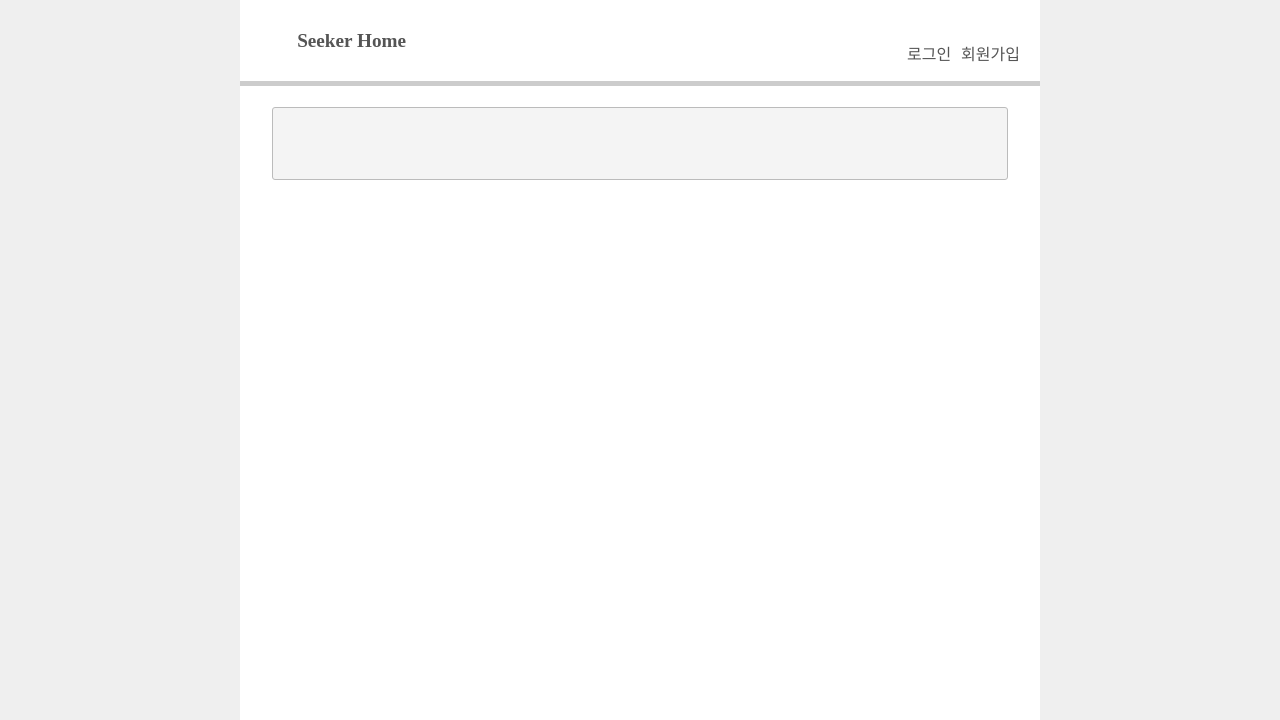
Repository: Seeker2250/JspTest
Page: http://localhost/jspPro/days01/ex03.jsp
An editor plug-in stored every save of this project. The page is shown before and after the next save, followed by the edit.
The browser window is 1280 px wide. The pictures show the whole page.
Some web fonts or font styles are not loaded; a fallback is used. The page is served by Tomcat 9. Other server files are loaded and not shown.

Above is the page before, as saved 2024-10-15 05:36:36.

### jspPro/src/main/webapp/days01/ex03.jsp
<%@ page language="java" contentType="text/html; charset=UTF-8"
    pageEncoding="UTF-8"%>
<!DOCTYPE html>
<html>
<head>
<meta charset="UTF-8">
<title>Insert title here</title>
<link rel="shortcut icon" type="image/x-icon" href="http://localhost/jspPro/images/SiSt.ico">
<script src="https://ajax.googleapis.com/ajax/libs/jquery/3.7.1/jquery.min.js"></script>
<meta name="viewport" content="width=device-width, initial-scale=1.0">
<link rel="stylesheet" href="http://localhost/jspPro/resources/cdn-main/example.css">
<script src="http://localhost/jspPro/resources/cdn-main/example.js"></script>
<style>
 span.material-symbols-outlined{
    vertical-align: text-bottom;
 }
</style>
</head>
<body>
<header>
  <h1 class="main"><a href="#" style="position: absolute;top:30px;">Seeker Home</a></h1>
  <ul>
    <li><a href="#">로그인</a></li>
    <li><a href="#">회원가입</a></li>
  </ul>
</header>
<div>
 <xmp class="code">

  </xmp>
  <p id="demo"></p><%  %>
</div>
</body>
</html>

### jspPro/src/main/webapp/resources/cdn-main/example.css
@charset "UTF-8";

@import url('https://fonts.googleapis.com/css2?family=Material+Symbols+Outlined:opsz,wght,FILL,GRAD@20..48,100..700,0..1,-50..200');

@font-face {
    font-family: 'GmarketSansMedium';
    src: url('https://cdn.jsdelivr.net/gh/projectnoonnu/noonfonts_2001@1.1/GmarketSansMedium.woff') format('woff');
    font-weight: normal;
    font-style: normal;
}

:root {
	--text-color: #555;
	--sub-text-color: #777;
	--back-color: #EFEFEF;
	--header-color: #444;
	--primary-color: #DEDEDE;
	--secondary-color: #EFEFEF;
	--default-width: 800px;
	--narrow-width: 500px;
	--wide-width: 1200px;
	--text-font: 'GmarketSansMedium';
	--icon-font: 'Material Symbols Outlined';
	--border-color: #CCC;
}

html, body {
	margin: 0;
	padding: 0;
}

html {
	background-color: var(--back-color);
	display: flex;
	justify-content: center;
	min-height: 100vh;
}

body, body.default {
	width: var(--default-width);
	background-color: white;
	padding-bottom: 120px;
}

body.wide {
	width: var(--wide-width);
}

body.narrow {
	width: var(--narrow-width);
}



body, p, div, span, a, input, select, option, textarea, button, table, th, td, label, fieldset, legend {
	font-family: var(--text-font);
	color: var(--text-color);
}

h1, h2, h3 {
	font-family: var(--text-font);
	color: var(--header-color);
	padding: 0 1rem;
	padding-top: .5rem;
}

div > h1, div > h2, div > h3 {
	padding: 0;
}

body > div, body > main > div {
	padding: 0.3rem 1rem;
}


h1 { font-size: 2rem; border-bottom: 1px solid var(--border-color); }
h1 small { font-size: 1.2rem; color: var(--sub-text-color); }
h2 { font-size: 1.5rem; border-bottom: 1px dashed var(--border-color); }
h2 small { font-size: 1.1rem; color: --sub-text-color; }
h3 { font-size: 1.2rem; }
h3 small { font-size: 1rem; color: --sub-text-color; }



h1.main::before {
	font-family: var(--icon-font);
  	content: '\e666';
  	margin-right: 10px;
  	float: left;
	font-size: 2.5rem;
}

h1.sub::before {
	font-family: var(--icon-font);
  	content: '\ea19';
  	margin-right: 10px;
  	float: left;
	font-size: 2.5rem;
}


h1.page::before {
	font-family: var(--icon-font);
  	content: '\e0e0';
  	margin-right: 10px;
  	float: left;
	font-size: 2.5rem;
}

body > header > ul > li > .active{
	background-color: #FFF;
	color:#F00;
}

body > header {
	display: flex;
	justify-content: space-between;
	border-bottom: 5px solid var(--border-color);
	min-height: 74px;
	background-color: #FFF;
}

body > header.sticky {
	position: sticky;
	top: 0;
	z-index: 98;
}

body > header > h1 {
	font-size: 1.2rem;
	border: 0;
}

body > header.in > h1::before {
	font-family: var(--icon-font);
  	content: '\e332‥';
  	margin-right: 3px;
  	float: left;
	font-size: 2rem;
}


body > header > ul {
	list-style-type: none;
	display: flex;
	align-items: flex-end;
	margin-right: 10px;
}

body > header > ul > li {
	margin-right: 10px;
	cursor: pointer;
}

body > header > ul > li > a {
	cursor: pointer;
}


form {
	display: block;
}

form > div {
	padding: 0.3rem 1rem;
}

div > form > div {
	padding: 0.3rem 0;
}

input, textarea, button, select {
	border: 1px solid #BBB;
	border-radius: 3px;
	outline: none;
	resize: none;
	padding: 7px;
	margin: 0;
}

input[type=text]:read-only, textarea:read-only {
	cursor: not-allowed;
	background-color: #FFF;
}

input[type=text]:disabled, textarea:disabled {
	cursor: not-allowed;
	background-color: #EEE;
}

input[type=text], input[type=password], textarea, button, select {
	/* width: 300px; */
}

textarea {
	display: block;
	height: 100px;
}

input[type=button], input[type=submit], button {
	/* width: inherit; */
}

input.short, textarea.short, button.short, select.short {
	width: 100px;
}

input.long, textarea.long, button.long, select.long {
	width: 350px;
}

.narrow input.long, .narrow textarea.long, .narrow button.long, .narrow select.long {
	width: calc(100% - 20px);
}

input.full, textarea.full, button.full, select.full {
	width: calc(100% - 20px);
}

textarea.short {
	height: 50px;
}

textarea.long {
	height: 100px;
}

textarea.full {
	height: 200px;
}

input, textarea {
	padding-top: 8px;
}

input[type=button], input[type=submit], button {
	padding: 5px 10px;
	background-color: var(--secondary-color);
	cursor: pointer;
	min-height: 36px;
}

input[type=button].primary, input[type=submit].primary, button.primary {
	/* background-color: rgba(100, 149, 237, .2); */
	background-color: var(--primary-color);
}

input[type=button].primary:hover, input[type=submit].primary:hover, button.primary:hover {
	/* background-color: rgba(100, 149, 237, .3); */
	background-color: var(--secondary-color);
}

input[type=button]:hover, input[type=submit]:hover, button:hover {
	background-color: var(--primary-color);
}

button {
	position: relative;
	left: 0;
	top: 0;
	padding-left: 35px;
}

button .material-symbols-outlined {
	position: absolute;
	left: 10px;
	top: 4px;
}

/* k2nik add */
button.login::before {
	font-family: var(--icon-font);
  	content: '\ea77';
	position: absolute;
	left: 11px;
	top: 4px;
	font-size: 1.25rem;
}

/* k2nik logout */
button.logout::before {
	font-family: var(--icon-font);
  	content: '\e9ba';
	position: absolute;
	left: 11px;
	top: 4px;
	font-size: 1.25rem;
}

/* k2nik help */
button.help::before {
	font-family: var(--icon-font);
  	content: '\f1c0';
	position: absolute;
	left: 11px;
	top: 4px;
	font-size: 1.25rem;
}

button.add::before{
	font-family: var(--icon-font);
  	content: '\e746';
	position: absolute;
	left: 11px;
	top: 4px;
	font-size: 1.25rem;
}

button.back::before {
	font-family: var(--icon-font);
  	content: '\e166';
	position: absolute;
	left: 11px;
	top: 4px;
	font-size: 1.25rem;
}

button.list::before {
	font-family: var(--icon-font);
  	content: '\e0ee';
	position: absolute;
	left: 11px;
	top: 4px;
	font-size: 1.25rem;
}


button.del::before {
	font-family: var(--icon-font);
  	content: '\e872';
	position: absolute;
	left: 11px;
	top: 4px;
	font-size: 1.25rem;
}


button.edit::before {
	font-family: var(--icon-font);
  	content: '\e745';
	position: absolute;
	left: 11px;
	top: 4px;
	font-size: 1.25rem;
}


button.login::before {
	font-family: var(--icon-font);
  	content: '\ea77';
	position: absolute;
	left: 11px;
	top: 4px;
	font-size: 1.25rem;
}


button.logout::before {
	font-family: var(--icon-font);
  	content: '\e9ba';
	position: absolute;
	left: 11px;
	top: 4px;
	font-size: 1.25rem;
}


button.in::before {
	font-family: var(--icon-font);
  	content: '\f71a';
	position: absolute;
	left: 11px;
	top: 4px;
	font-size: 1.25rem;
}


button.out::before {
	font-family: var(--icon-font);
  	content: '\f70e';
	position: absolute;
	left: 11px;
	top: 4px;
	font-size: 1.25rem;
}


button.reply::before {
	font-family: var(--icon-font);
  	content: '\e15e';
	position: absolute;
	left: 11px;
	top: 4px;
	font-size: 1.25rem;
}


button.comment::before {
	font-family: var(--icon-font);
  	content: '\e0b9';
	position: absolute;
	left: 11px;
	top: 4px;
	font-size: 1.25rem;
}


button.modal::before {
	font-family: var(--icon-font);
  	content: '\e89e';
	position: absolute;
	left: 11px;
	top: 4px;
	font-size: 1.25rem;
}


button.ok::before {
	font-family: var(--icon-font);
  	content: '\e86c';
	position: absolute;
	left: 11px;
	top: 4px;
	font-size: 1.25rem;
}


button.cancel::before {
	font-family: var(--icon-font);
  	content: '\e5c9';
	position: absolute;
	left: 11px;
	top: 4px;
	font-size: 1.25rem;
}

button.search::before {
	font-family: var(--icon-font);
  	content: '\e8b6';
	position: absolute;
	left: 11px;
	top: 4px;
	font-size: 1.25rem;
}

button.home::before {
	font-family: var(--icon-font);
  	content: '\e88a';
	position: absolute;
	left: 11px;
	top: 4px;
	font-size: 1.25rem;
}


button.sidebar::before {
	font-family: var(--icon-font);
  	content: '\f7e4';
	position: absolute;
	left: 11px;
	top: 4px;
	font-size: 1.25rem;
}


button.sidebar-right::before {
	font-family: var(--icon-font);
  	content: '\f7e5';
	position: absolute;
	left: 11px;
	top: 4px;
	font-size: 1.25rem;
}




button::before {
	font-family: var(--icon-font);
  	content: '\e323';
	position: absolute;
	left: 11px;
	top: 4px;
	font-size: 1.25rem;
}


table {
	border-collapse: collapse;
	margin: 1rem;
	box-sizing: border-box;
	width: calc(100% - 32px);
}

table.content {
	width: auto;
}

div > table {
	margin: 0;
}

table th, table td {
	border: 1px solid var(--border-color);
	padding: 7px;
	font-weight: normal;
}

table th {
	background-color: var(--back-color);
}

table.vertical th {
	width: 150px;
}

table.vertical td {
	width: calc(100% - 182px);
	padding-left: 10px;
}

table.content td, table.content th {
	width: auto;
}

body.narrow table.vertical th {
	width: 100px;
}

body.narrow table.vertical td {
	width: calc(100% - 182px);
}


table + table {
	margin-top: 30px;
}


p {
	padding: 0 1rem;
}

a {
	text-decoration: none;
}

a:hover {
	color: rgba(255, 99, 71, .7);
}

hr {
	border: 0;
	border-top: 1px solid var(--border-color);
	margin: 2rem 0;
}

.message {
	border: 1px solid var(--border-color);
	background-color: #EFEFEF;
	margin: 1rem;
	width: auto;
	padding-top: 10px;
	padding-bottom: 10px;
	font-size: 14px;
}

.message[title]::before {
	content: attr(title);
	display: block;
	border-bottom: 1px solid var(--border-color);
	padding-bottom: 5px;
	margin-bottom: 10px;
	margin-top: 7px;
}

.message.short {
	max-width: 250px;
}

.message.long {
	max-width: 500px;
}

.badge {
	float: right;
	font-size: .8rem;
	margin-top: 2px;
	margin-right: 2px;
	text-shadow: 0 0 7px gray;
}

.badge.left {
	float: none;
	margin-left: 2px;
}

.badge.right {
	float: right;
}

.badge.red {
	border-radius: 50%;
	padding: 2px 5px;
	background-color: rgb(255, 99, 71, .3);
}

.badge.yellow {

	border-radius: 50%;
	padding: 2px 5px;
	background-color: rgb(255, 215, 0, .5);
}

.badge.blue {
	border-radius: 50%;
	padding: 2px 5px;
	background-color: rgb(100, 149, 237, .3);
}

label + label {
	margin-left: 7px;
}

label input[type=checkbox], label input[type=radio] {
	transform: translate(0, 1px);
}

.group {
	display: flex;
}

.modal-content .group {
	margin-bottom: .5rem;
}

.group label {
	border: 1px solid #BBB;
	border-radius: 3px;
	outline: none;
	resize: none;
	padding: 7px 14px;
	margin: 0;
	border-top-right-radius: 0;
	border-bottom-right-radius: 0;
	background-color: #EFEFEF;
	white-space: nowrap;
	font-size: 14px;
}

.group input[type=text] {
	margin-left: -1px;
	border-top-left-radius: 0;
	border-bottom-left-radius: 0;
}

.group select {
	margin-left: -1px;
	border-top-left-radius: 0;
	border-bottom-left-radius: 0;
}

.group input.full[type=text] {
	margin-left: -1px;
	border-top-left-radius: 0;
	border-bottom-left-radius: 0;
	width: 100%;
}

.group input[type=button]:first-child, .group button:first-child {
	border-top-left-radius: 3px;
	border-bottom-left-radius: 3px;
	margin-left: 0px;
}

.group input[type=button], .group button {
	border-radius: 0;
	margin-left: -1px;
}

.group input[type=button]:last-child, .group button:last-child {
	margin-left: -1px;
	border-top-right-radius: 3px;
	border-bottom-right-radius: 3px;
}

.seperate {
	display: flex;
	justify-content: space-between;
}

div.list {
	width: max-content;
	margin: 1rem;
	border: 1px solid #BBB;
	border-radius: 3px;
	padding: 0;
}

div.list.full {
	width: auto;
	display: block;
	margin: 1rem;
	border: 1px solid #BBB;
	border-radius: 3px;
	padding: 0;
}

div.list > div {
	padding: .5rem 1rem;
	margin: 0;
	border-bottom: 1px solid #BBB;
}

div.list > div:last-child {
	border-bottom: 0;
}

pre.code , xmp.code{
	font-family: consols;
	background-color: rgba(150, 150, 150, .1);
	border: 1px solid #BBB;
	border-radius: 3px;
	padding: .5rem 1rem;
	padding-bottom: .6rem;
	margin: 1rem;
}




*[data-modal-window] {
	position: fixed;
	background-color: rgba(0, 0, 0, .3);
	left: 0;
	top: 0;
	display: none;
	justify-content: center;
	align-items: flex-start;
	width: 100%;
	min-height: 100vh;
	z-index: 100;
	opacity: 0;
	transition: 500ms all;
}

*[data-modal-window] .modal-container {
	border-radius: 5px;
	padding: 1rem;
	padding-bottom: .5rem;
	margin-top: -500px;
	opacity: 0;
	width: 500px;
	background-color: #FFF;
	margin-right: 2rem;
	transition: 500ms all;
}

*[data-modal-size=content] .modal-container {
	width: auto;
}

*[data-modal-size=narrow] .modal-container {
	width: 300px;
}

*[data-modal-size=wide] .modal-container {
	width: 760px;
}


*[data-modal-window] .modal-header {
	border-bottom: 1px solid var(--border-color);
	padding: 2px 5px;
}

*[data-modal-window] .modal-content {
	padding: 1rem 5px;
}

*[data-modal-window] .modal-content div:last-child {
	margin-top: 1rem;
	text-align: right;
}



*[data-sidebar-window] {
	position: fixed;
	background-color: #FFF;
	left: 0;
	top: 0;
	display: block;
	width: 300px;
	border-right: 1px solid var(--border-color);
	box-sizing: border-box;
	box-shadow: 0 0 3px var(--back-color);
	min-height: 100vh;
	z-index: 99;
	transform: translate(-300px, 0);
	transition-duration: 500ms;
	transition-property: transform;
}

*[data-sidebar-direction=right] {
	left: auto;
	right: 0;
	transform: translate(300px, 0);
	border-left: 1px solid var(--border-color);
}

*[data-sidebar-size=wide] {
	width: 500px;
	transform: translate(-500px, 0);
}

*[data-sidebar-window] .sidebar-title {
	border-bottom: 1px solid var(--border-color);
	margin-top: 20px;
	margin-bottom: 20px;
	padding-bottom: 5px;
	display: flex;
	justify-content: space-between;
}

*[data-sidebar-window] .sidebar-title span:last-child {
	cursor: pointer;
}


/* K2Nik pagination */
.center {
  text-align: center;
}

.pagination {
  display: inline-block;
}

.pagination a {
  color: black;
  float: left;
  padding: 3px 6px;
  text-decoration: none;
  transition: background-color .3s;
  border: 1px solid #ddd;
  margin: 0 3px;
}

.pagination a.active {
  background-color: #4CAF50;
  color: white;
  border: 1px solid #4CAF50;
}

.pagination a:hover:not(.active) {background-color: #ddd;}

### jspPro/src/main/webapp/resources/cdn-main/example.js

window.onload = () => {

    const list = document.querySelectorAll('input, textarea');

    list.forEach(item => {
        item.setAttribute('autocomplete', 'off');
    });


    const modal_btn_list = document.querySelectorAll('*[data-modal-button]');

    modal_btn_list.forEach(item => {
        item.onclick = function() {

            const name = this.dataset['modalButton'];
            const modal_window = document.querySelector('*[data-modal-window=' + name);

            const container = document.createElement('div');
            container.className = 'modal-container';



            const modal_header = document.createElement('div');
            modal_header.textContent = modal_window.dataset['modalTitle'];
            modal_header.className = 'modal-header';
            container.appendChild(modal_header);

            const modal_content = document.createElement('div');
            modal_content.className = 'modal-content';
            container.appendChild(modal_content);

            Array.from(modal_window.childNodes).forEach(item => {
                modal_content.appendChild(item);
            });

            modal_window.appendChild(container);

            modal_window.style.display = 'flex';

            setTimeout(() => {
                modal_window.style.opacity = 1;
                container.style.marginTop = '20px';
                container.style.opacity = 1;
            }, 50);


            const modal_ok = document.querySelector('*[data-modal-ok=' + name);
            modal_ok.addEventListener('click', function() {
                modal_window.style.opacity = 0;
                container.style.marginTop = '-500px';
                container.style.opacity = 0;

                setTimeout(() => {
                    modal_window.innerHTML = modal_content.innerHTML;
                    modal_window.style.display = 'none';
                }, 500);

            });

            const modal_cancel = document.querySelector('*[data-modal-cancel=' + name);
            modal_cancel.addEventListener('click', function() {

                modal_window.style.opacity = 0;
                container.style.marginTop = '-500px';
                container.style.opacity = 0;

                setTimeout(() => {
                    modal_window.innerHTML = modal_content.innerHTML;
                    modal_window.style.display = 'none';
                }, 500);
            });


        };
    });


    const sidebar_btn_list = document.querySelectorAll('*[data-sidebar-button]');

    sidebar_btn_list.forEach(item => {
        item.onclick = function() {



            const name = this.dataset['sidebarButton'];
            const sidebar_window = document.querySelector('*[data-sidebar-window=' + name);

            if (sidebar_window.style.transform == 'translate(0px, 0px)') return;



            sidebar_window.style.transform = 'translate(0, 0)';

            const sidebar_title = document.createElement('div');
            sidebar_title.className = 'sidebar-title';
            sidebar_title.innerHTML = '<span>' + sidebar_window.dataset['sidebarTitle'] + '</span><span class="material-symbols-outlined">close</span>';

            sidebar_title.children[1].onclick = function() {

                let sign = 1;
                let distance = 300;

                if (sidebar_window.dataset['sidebarDirection'] != 'right') {
                    sign = -1;
                } else {
                    sign = 1;
                }

                if (sidebar_window.dataset['sidebarSize'] != 'wide') {
                    distance = 300;
                } else {
                    distance = 500;
                }

                distance *= sign;

                sidebar_window.style.transform = 'translate(' + distance + 'px, 0)';

                setTimeout(function() {
                    sidebar_window.removeChild(sidebar_window.children[0]);
                }, 500);
            };


            sidebar_window.prepend(sidebar_title);

        }
    });

};

// window.onkeydown = function(event) {

//     if (event.keyCode == 27) {
//         if (document.querySelector('[data-modal-window').style.display == 'flex') {
//             document.querySelector('[data-modal-window').style.display = 'none';
//         }
//     }

// };

After the next save:
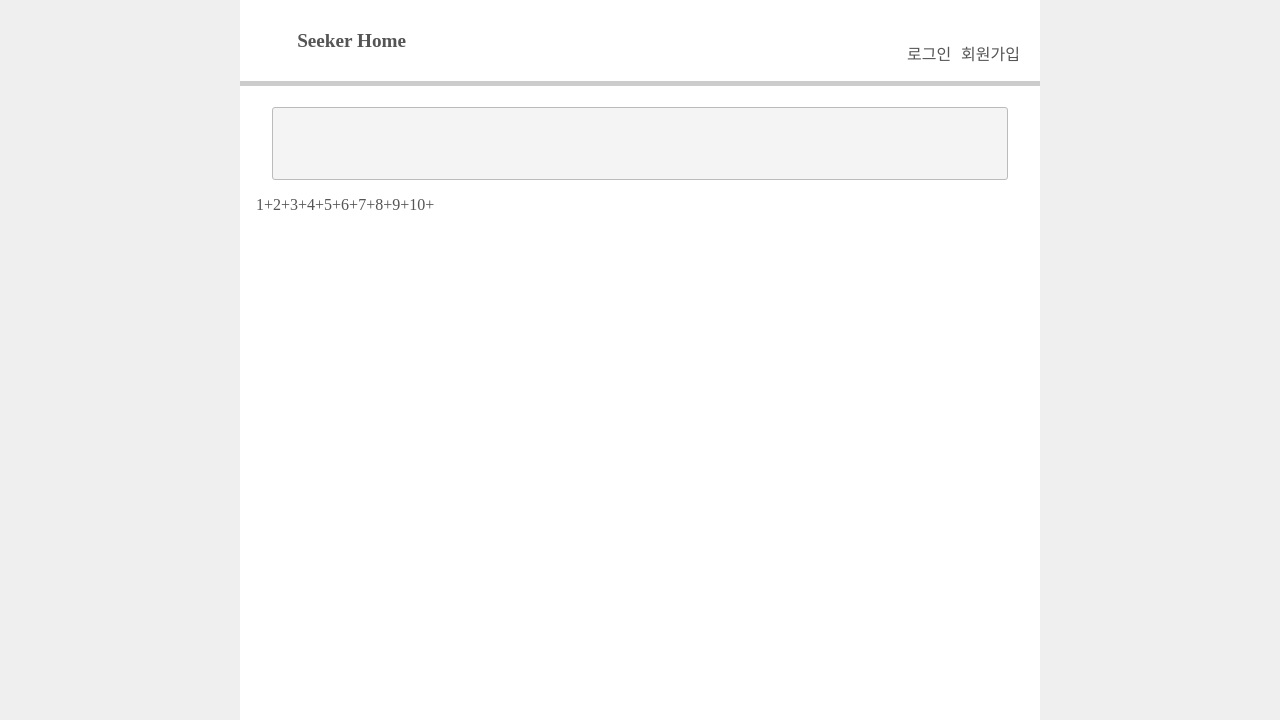
Saved 3 min 12 s later.
--- a/jspPro/src/main/webapp/days01/ex03.jsp
+++ b/jspPro/src/main/webapp/days01/ex03.jsp
@@ -28,7 +28,15 @@
  <xmp class="code">
 
   </xmp>
-  <p id="demo"></p><%  %>
+  <p id="demo"></p>
+  <%
+  int sum = 0;
+  for(int i = 1; i <= 10; i++){
+	  sum +=i;
+	  out.write(i+"+");
+  }
+  System.out.println(sum);
+  %>
 </div>
 </body>
 </html>
